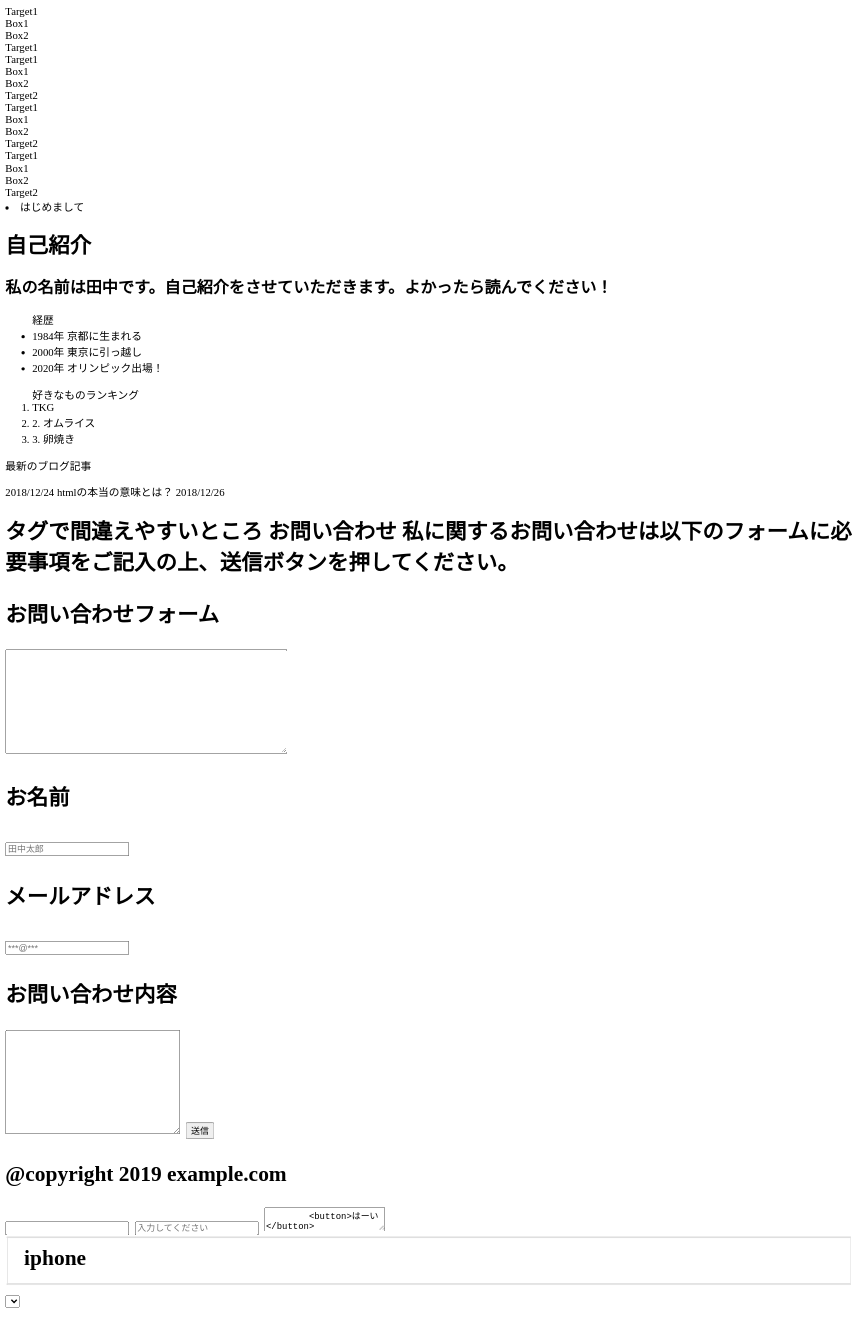
Repository: wairoku/suretigai1
Page: jack.html
These files come from the project's save history. The page is drawn as it stood at one moment and after the next save; the edit follows.
The browser window is 1280 px wide. The pictures show the whole page, at 67% of full size.

Above is the page before, as saved 2019-01-02 19:29:42.

### jack.html
<!DOCTYPE html>
<body>


    <div id="target1">Target1</div>
    <div class="box">Box1</div>
    <div class="box">Box2</div>
    <div id="target1">Target1</div>

    <div id="target1">Target1</div>
    <div class="box1">Box1</div>
    <div class="box2">Box2</div>
    <div id="target1">Target2</div>

    <div id="target1">Target1</div>
    <div class="box">Box1</div>
    <div class="box">Box2</div>
    <div id="target2">Target2</div>

    <div id="target">Target1</div>
    <div class="box">Box1</div>
    <div class="box">Box2</div>
    <div id="target">Target2</div>

    <li>
        <a>
            はじめまして
        </a>
    </li>


<h1>自己紹介</h1>
<h2>私の名前は田中です。自己紹介をさせていただきます。よかったら読んでください！</h2>

<ul>経歴
    <li>1984年 京都に生まれる</li>
    <li>2000年 東京に引っ越し</li>
    <li>2020年 オリンピック出場！</li>
</ul>

<ol>好きなものランキング
    <li>TKG</li>
    <li>2. オムライス</li>
    <li>3. 卵焼き</li>
</ol>




<p>最新のブログ記事</p>
2018/12/24 htmlの本当の意味とは？
2018/12/26 <h1>タグで間違えやすいところ

お問い合わせ
私に関するお問い合わせは以下のフォームに必要事項をご記入の上、送信ボタンを押してください。
<p>お問い合わせフォーム</p>
<textarea name="" id="" cols="50" rows="10"></textarea>

<p>お名前</p>
<input type="text" placeholder="田中太郎">

<p>メールアドレス</p>
<input type="text" placeholder="***@***">

<p>お問い合わせ内容</p>
<textarea name="" id="" cols="30" rows="10"></textarea>
<input type="button" value="送信">

<p>@copyright 2019 example.com</p>



    <input type="password">
    <!--comment -->
    <input type="text" placeholder="入力してください">

    <textarea>
        <button>はーい</button>
    </textarea>



    <fieldset>iphone

    </fieldset>

    <select>

</body>

After the next save:
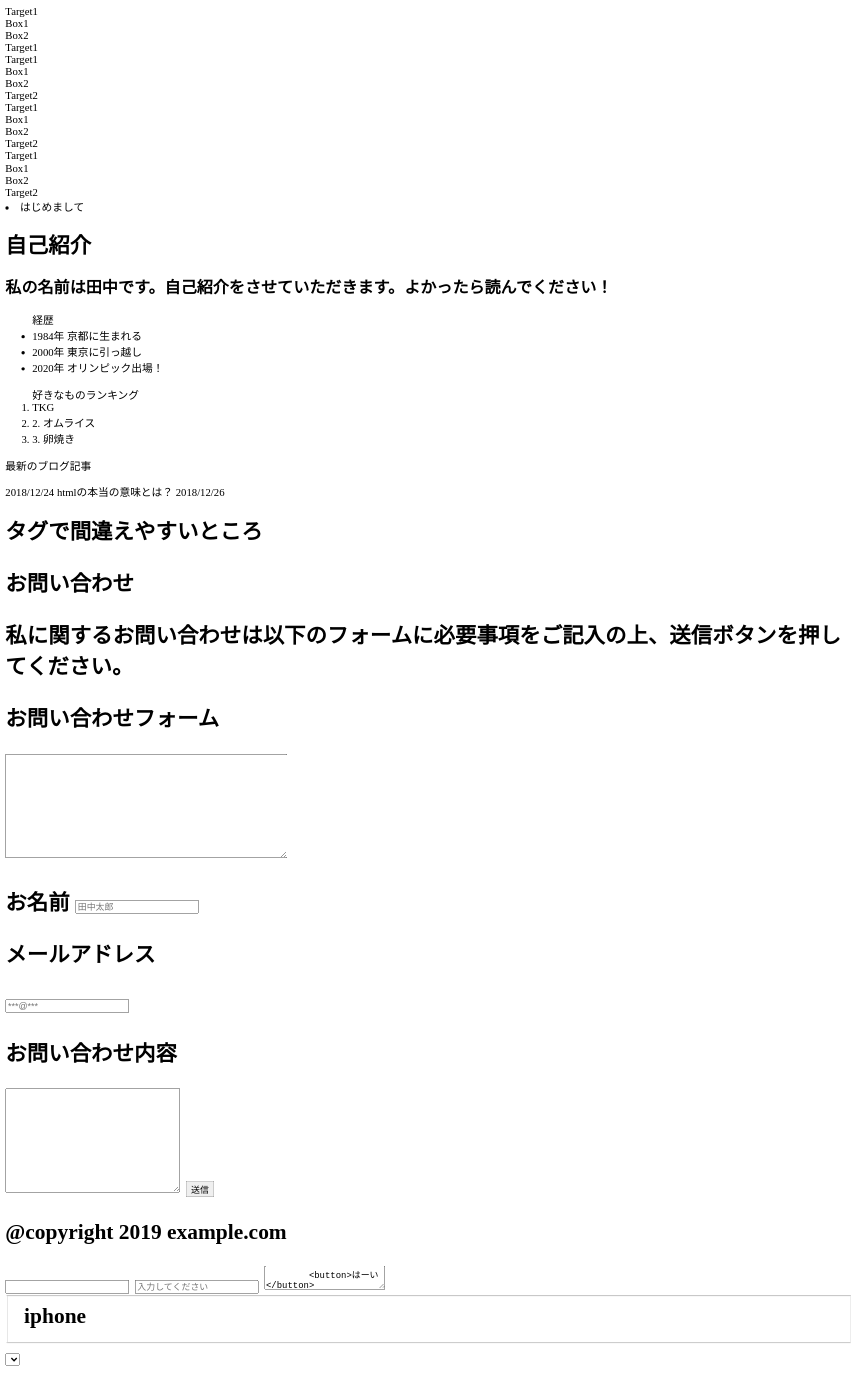
Saved 2 min 20 s later.
--- a/jack.html
+++ b/jack.html
@@ -51,13 +51,15 @@
 2018/12/24 htmlの本当の意味とは？
 2018/12/26 <h1>タグで間違えやすいところ
 
-お問い合わせ
+    <form action="">
+<p>お問い合わせ</p>
 私に関するお問い合わせは以下のフォームに必要事項をご記入の上、送信ボタンを押してください。
 <p>お問い合わせフォーム</p>
 <textarea name="" id="" cols="50" rows="10"></textarea>
 
-<p>お名前</p>
+<p>お名前
 <input type="text" placeholder="田中太郎">
+</p>
 
 <p>メールアドレス</p>
 <input type="text" placeholder="***@***">
@@ -65,6 +67,7 @@
 <p>お問い合わせ内容</p>
 <textarea name="" id="" cols="30" rows="10"></textarea>
 <input type="button" value="送信">
+</form>
 
 <p>@copyright 2019 example.com</p>
 
